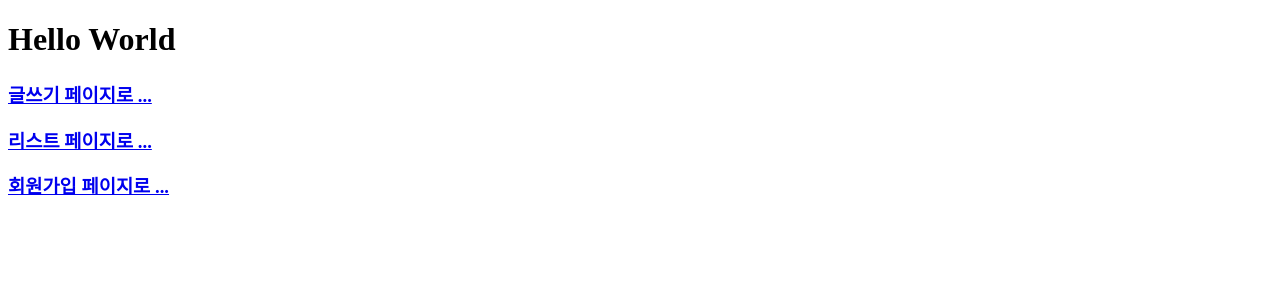
Repository: havanara/240411_JSP_Project
Page: http://localhost/jst_study/
An editor plug-in stored every save of this project. The page is shown before and after the next save, followed by the edit.
The browser window is 1280 px wide. The pictures show the whole page.
The page is served by Tomcat 9. Other server files are loaded and not shown.

Above is the page before, as saved 2024-04-15 01:35:22.

### jst_study/src/main/webapp/index.jsp
<%@ page language="java" contentType="text/html; charset=UTF-8"
    pageEncoding="UTF-8"%>
<!DOCTYPE html>
<html>
<head>
<meta charset="UTF-8">
<title>Insert title here</title>
</head>
<body>
	<h1>Hello World</h1>
	<h3><a href="/brd/register">글쓰기 페이지로 ...</a></h3>
	<h3><a href="/brd/list">리스트 페이지로 ...</a></h3>
	<h3><a href="/memb/join">회원가입 페이지로 ...</a></h3>
</body>
</html>

After the next save:
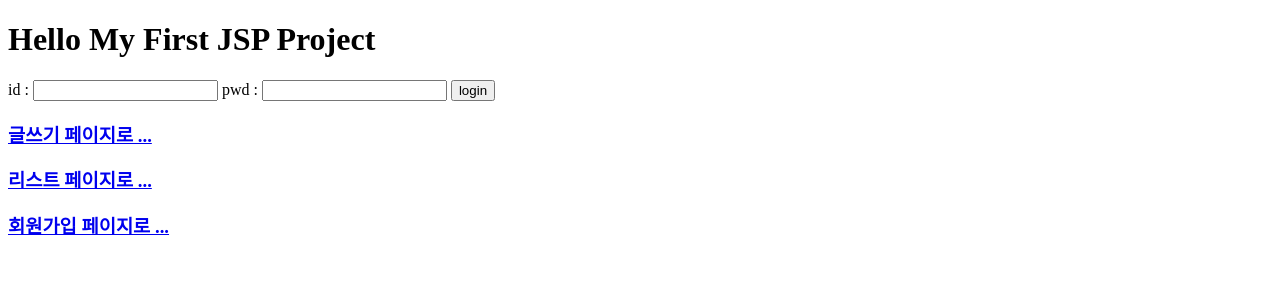
Saved 113 s later.
--- a/jst_study/src/main/webapp/index.jsp
+++ b/jst_study/src/main/webapp/index.jsp
@@ -7,7 +7,13 @@
 <title>Insert title here</title>
 </head>
 <body>
-	<h1>Hello World</h1>
+	<h1>Hello My First JSP Project</h1>
+	<form action="/memb/login" method="post">
+		id : <input type="text" name="id">
+		pwd : <input type="password" name="pwd">
+		<button type="submit">login</button>
+	</form>
+
 	<h3><a href="/brd/register">글쓰기 페이지로 ...</a></h3>
 	<h3><a href="/brd/list">리스트 페이지로 ...</a></h3>
 	<h3><a href="/memb/join">회원가입 페이지로 ...</a></h3>
